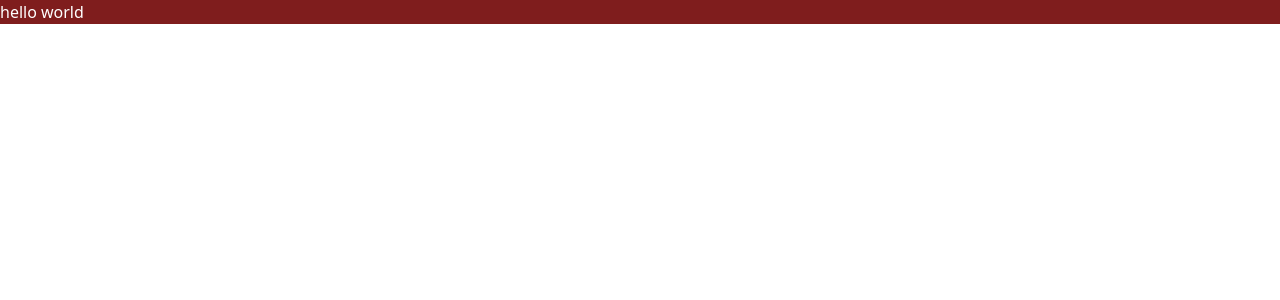
Repository: Pema-yangki/Css
Page: tailwind.html
An editor plug-in stored every save of this project. The page is shown before and after the next save, followed by the edit.
The browser window is 1280 px wide. The pictures show the whole page.
Some web libraries are served in a nearby version.

Above is the page before, as saved 2024-04-12 10:29:29.

After the next save:
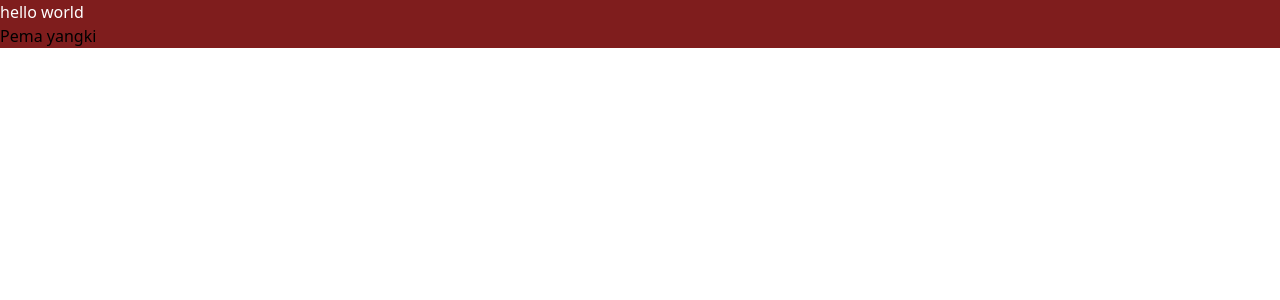
Saved 8 s later.
--- a/tailwind.html
+++ b/tailwind.html
@@ -9,7 +9,7 @@
 <body>
     <div class="bg-red-900">
         <h1 class="text-white">hello world</h1>
-        <h1></h1>
+        <h1>Pema yangki</h1>
     </div>
 
 </body>
